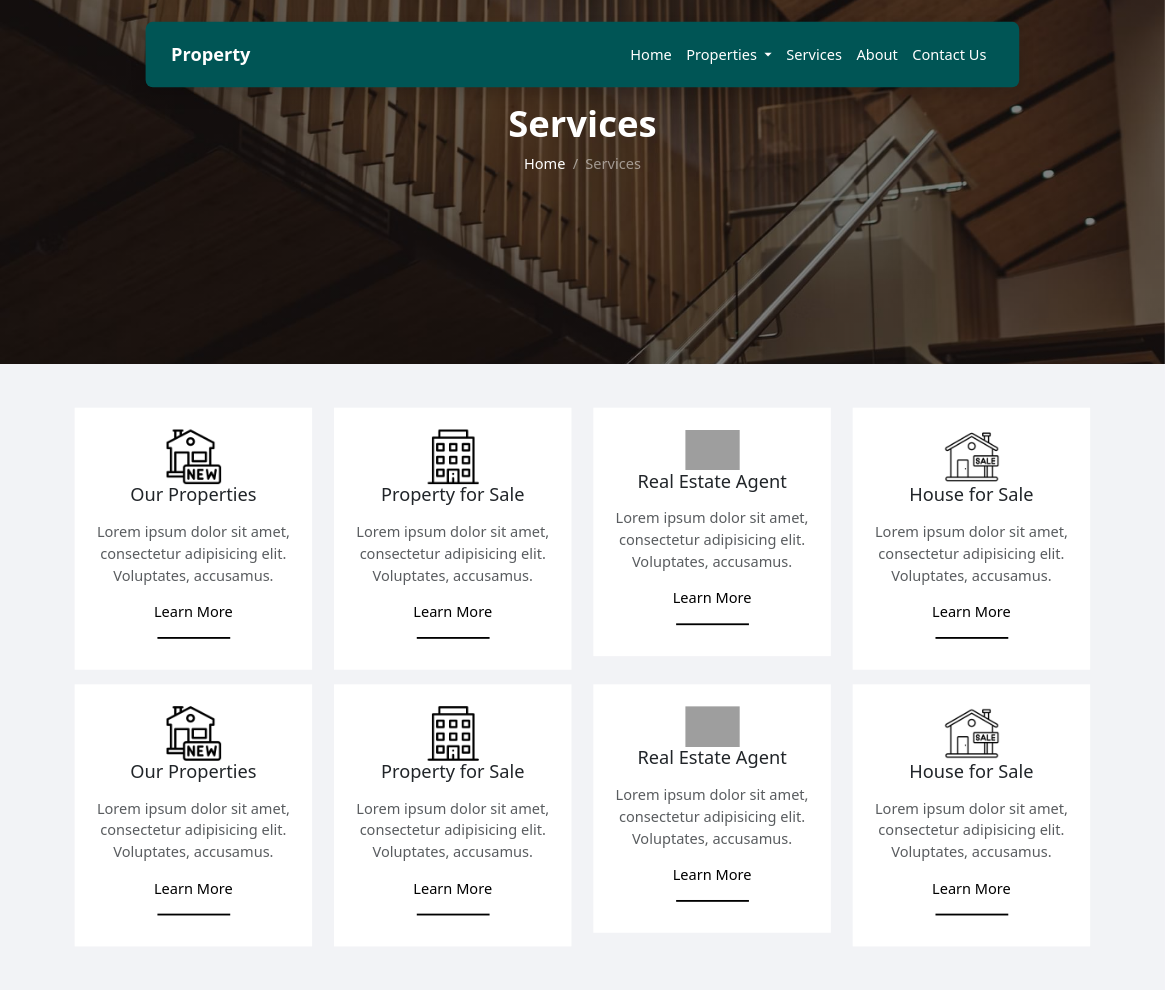
Repository: sameerrrrkhan911-git/Property
Page: service.html
These files come from the project's save history. The page is drawn as it stood at one moment and after the next save; the edit follows.
The browser window is 1280 px wide. The pictures show the whole page, at 91% of full size.
Pictures or frames that could not be fetched are drawn as grey boxes. Some web libraries are served in a nearby version.

Above is the page before, as saved 2025-09-28 16:40:38.

After the next save:
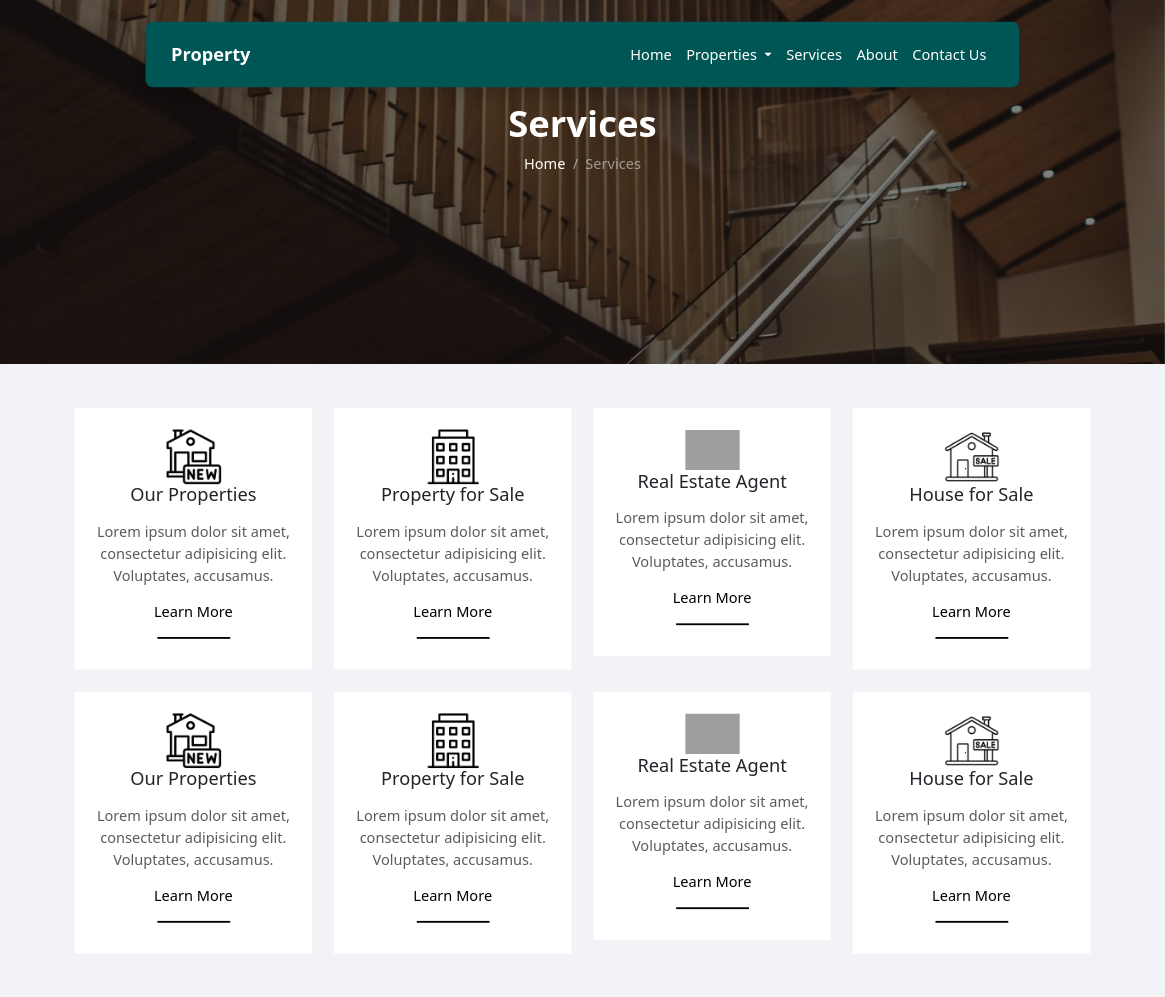
Saved 8 s later.
--- a/service.html
+++ b/service.html
@@ -99,7 +99,7 @@
         <section class="py-5 features-1">
 
                 <div class="container">
-                    <div class="row g-4 mb-3">
+                    <div class="row g-4 mb-4">
 
                         <div class="col-6 col-lg-3">
                             <div class="white-bg box-feature p-4 text-center">
